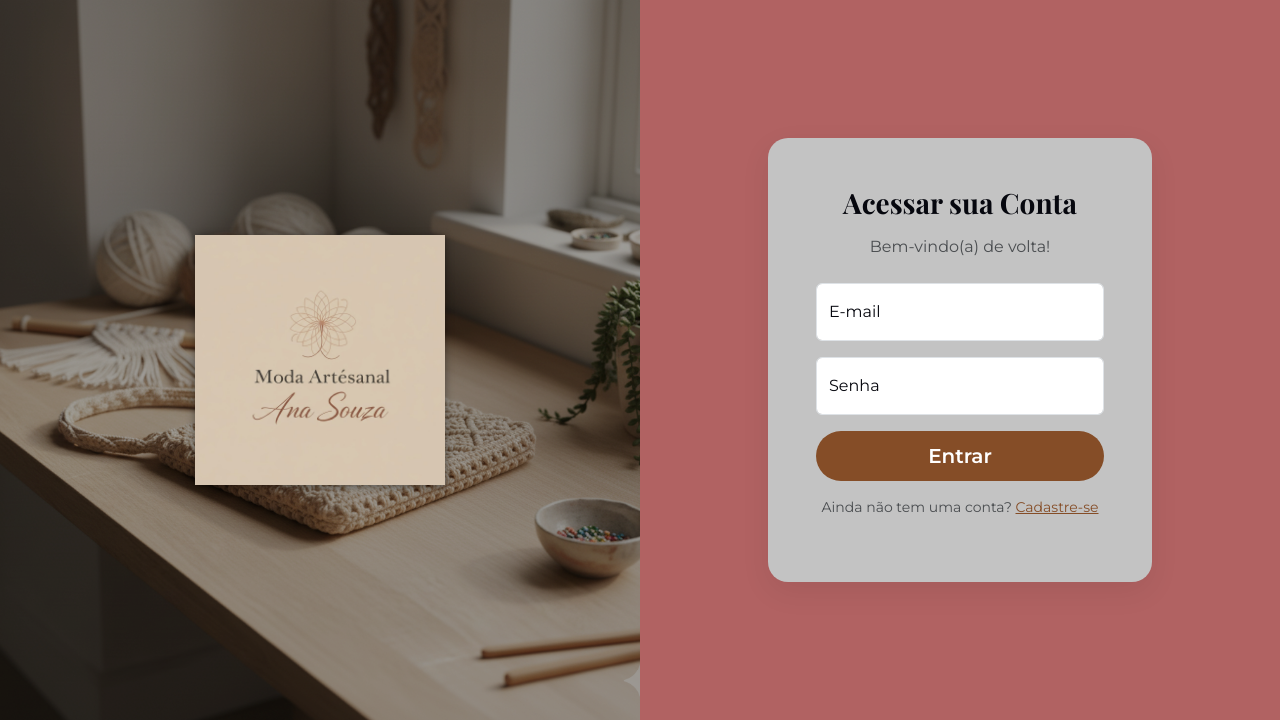
Repository: Lucascsg/projeto-anasouza-frontend
Page: login.html
The author's editor kept a copy of each file at every save. The page is drawn from the files as they stood at one save, then again after the next save.
The browser window is 1280 px wide. The pictures show the whole page.

Above is the page before, as saved 2025-10-21 23:36:36.

### login.html
<!DOCTYPE html>
<html lang="pt-br">
<head>
    <meta charset="UTF-8">
    <meta name="viewport" content="width=device-width, initial-scale=1.0">
    <title>Login - Ana Souza</title>
    <link href="https://cdn.jsdelivr.net/npm/bootstrap@5.3.2/dist/css/bootstrap.min.css" rel="stylesheet">
    <link rel="stylesheet" href="css/style.css">
    <link rel="stylesheet" href="https://cdn.jsdelivr.net/npm/bootstrap-icons@1.11.1/font/bootstrap-icons.css">
    <link rel="preconnect" href="https://fonts.googleapis.com">
    <link rel="preconnect" href="https://fonts.gstatic.com" crossorigin>
    <link href="https://fonts.googleapis.com/css2?family=Montserrat:wght@400;500;600&family=Playfair+Display:wght@700&family=Great+Vibes&display=swap" rel="stylesheet">

    <style>
        /* Estilo para garantir altura total e split screen */
        body, html { height: 100%; margin: 0; overflow: hidden; }
        .split-container { display: flex; min-height: 100vh; }
        .split-image {
            background: url('imagens/backlog4.png') no-repeat center center/cover; /* SUA IMAGEM DE FUNDO AQUI */
            flex: 1;
            position: relative;
            display: flex;
            align-items: center;
            justify-content: center;
            padding: 2rem; /* Adiciona um respiro */
        }
        .split-form {
            flex: 1;
            display: flex;
            align-items: center;
            justify-content: center;
            padding: 2rem;
            background-color: #B16262 ;
            overflow-y: auto;
        }

        /* Overlay sobre a imagem */
        .split-image::before {
            content: '';
            position: absolute;
            top: 0; left: 0;
            width: 100%; height: 100%;
            background: rgba(0, 0, 0, 0.35);
            z-index: 1;
        }

        /* --- ATUALIZADO: Estilo para a IMAGEM do logo --- */
        .image-logo {
            position: relative;
            z-index: 2;
            text-align: center;
            max-width: 250px; /* Limita a largura máxima do logo */
            width: 70%;       /* Faz o logo ocupar 70% do espaço disponível */
        }
        .image-logo img {
            /* Adiciona um leve filtro para o logo "flutuar" melhor sobre fundos variados */
            filter: drop-shadow(0px 2px 4px rgba(0,0,0,0.4));
        }

        /* Ajuste para telas menores */
        @media (max-width: 767px) {
            .split-container { flex-direction: column-reverse; }
            .split-image {
                min-height: 200px; /* Altura menor para o logo no mobile */
                flex: none;
                padding: 1rem; /* Menos respiro */
            }
            .image-logo { /* Logo na imagem é ajustado no mobile */
                max-width: 180px; /* Logo menor no mobile */
                width: 60%;
            }
            .split-form { padding: 1.5rem; }
            .form-logo { display: block !important; }
             /* Esconde o logo grande da imagem no mobile, mostra o pequeno do form */
             /* .image-logo { display: none !important; } */ /* Descomente se preferir esconder totalmente no mobile */
        }
        @media (min-width: 768px) {
            .form-logo { display: none; }
        }
    </style>
</head>
<body>

    <div class="split-container">
        <div class="split-image d-none d-md-flex">
            <div class="image-logo">
                <a href="index.html">
                    <img src="imagens/logo.png" alt="Logo Ana Souza" class="img-fluid">
                </a>
            </div>
        </div>

        <div class="split-form">
            <div class="col-lg-8 col-md-10 col-sm-12">
                <div class="form-container section-card">
                    <div class="text-center mb-4">
                        <a class="logo-text form-logo d-none d-md-none d-inline-block mb-3 text-decoration-none" href="index.html" style="font-size: 2.5rem; color: var(--cor-base-escura) !important;">
                            <div>Ana Souza</div>
                            <small class="logo-subtitle" style="font-size: 0.7rem; color: var(--cor-base-escura); opacity: 0.8;">MODA ARTESANAL</small>
                        </a>
                        <h1 class="h3 mb-3 fw-bold">Acessar sua Conta</h1>
                        <p class="text-muted">Bem-vindo(a) de volta!</p>
                    </div>
                    <form id="login-form">
                        <div class="form-floating mb-3">
                            <input type="email" class="form-control" id="email" placeholder="nome@exemplo.com" required>
                            <label for="email">E-mail</label>
                        </div>
                        <div class="form-floating mb-3">
                            <input type="password" class="form-control" id="senha" placeholder="Senha" required>
                            <label for="senha">Senha</label>
                        </div>
                        <div class="d-grid mb-3">
                            <button class="btn btn-custom-primary btn-lg" type="submit">Entrar</button>
                        </div>
                        <p class="text-center text-muted small">
                            Ainda não tem uma conta? <a href="cadastro.html" class="link-custom-secondary">Cadastre-se</a>
                        </p>
                    </form>
                </div>
            </div>
        </div>
    </div>

    <script src="https://cdn.jsdelivr.net/npm/bootstrap@5.3.2/dist/js/bootstrap.bundle.min.js"></script>
</body>
</html>

### css/style.css
/* =================================== */
/* VARIÁVEIS GLOBAIS E ESTILOS BASE    */
/* =================================== */
:root {
    /* Sua paleta de cores (mantive suas últimas alterações) */
    --cor-base-escura: #854D27;
    --cor-acao-vibrante: #854D27;
    --cor-detalhe-quente: #29524A;
    --cor-texto-escuro: #06070E;

    /* Cores Neutras e de Fundo */
    --cor-fundo-claro: #F8F5F2;
    --cor-texto-claro: #FFFFFF;
}

body {
    font-family: 'Montserrat', sans-serif;
    background-color: #B16262;
    color: var(--cor-texto-escuro);
}

/* Estilo para páginas com fundo branco específico */
body.bg-white-page {
    background-color: #FFFFFF;
}

h1, h2, h3, h4, h5, h6 {
    font-family: 'Playfair Display', serif;
    color: var(--cor-detalhe-quente);
}

/* =================================== */
/* ESTILOS DA BARRA DE NAVEGAÇÃO       */
/* =================================== */
.navbar-custom {
    background-color: var(--cor-base-escura);
}
/* ... (O resto dos estilos da navbar e do logo permanecem como você enviou) ... */
.navbar-brand.logo-text {
    display: flex;
    flex-direction: column;
    justify-content: center;
    padding: 0;
    position: relative;
    top: 2px;
}
.navbar-brand div {
    font-family: 'Great Vibes', cursive;
    font-size: 2.2rem;
    color: #FFD972 !important;
    line-height: 1;
    font-weight: normal;
}
.navbar-brand .logo-subtitle {
    font-family: 'Montserrat', sans-serif;
    font-size: 0.6rem;
    text-transform: uppercase;
    letter-spacing: 0.1em;
    display: block;
    opacity: 0.9;
    color: #FFD972;
    margin-top: -5px;
}
/* ... (outros estilos da navbar que você enviou) ... */
.navbar-custom .navbar-brand img {
    height: 40px;
}
.navbar-custom .nav-link {
    color: var(--cor-texto-claro);
    font-weight: 500;
    text-transform: uppercase;
    font-size: 0.9rem;
    padding: 0.5rem 1rem;
    transition: opacity 0.3s;
}
.navbar-custom .nav-link:hover {
    opacity: 0.8;
}
.navbar-icons a {
    color: var(--cor-texto-claro);
    font-size: 1.2rem;
    transition: opacity 0.3s;
}
.navbar-icons a:hover {
    opacity: 0.8;
}


/* =================================== */
/* ESTILOS DA SEÇÃO HERO (IMAGEM)      */
/* =================================== */
#hero {
    position: relative;
    height: 90vh;
    width: 100%;
    display: flex;
    align-items: center;
    justify-content: center;

    /* --- ATUALIZAÇÃO PARA IMAGEM DE FUNDO --- */
    background: url('../imagens/hero-background.jpg') no-repeat center center/cover;
}

#hero::after {
    content: '';
    position: absolute;
    top: 0;
    left: 0;
    width: 100%;
    height: 100%;
    background: rgba(0, 0, 0, 0.6);
    z-index: 1;
}

#hero .hero-content {
    position: relative;
    z-index: 2;
}

#hero .hero-content h1 {
    font-weight: 700;
    color: var(--cor-texto-claro);
}

#hero .hero-content .btn {
    border-radius: 50px;
    padding: 12px 30px;
    font-weight: 600;
}


/* ... (O resto do seu CSS continua exatamente como você enviou) ... */

/* =================================== */
/* ESTILOS GERAIS DAS SEÇÕES           */
/* =================================== */
section h2 {
    color: var(--cor-detalhe-quente);
    margin-bottom: 1rem;
}

/* =================================== */
/* ESTILOS DA SEÇÃO DE PRODUTOS        */
/* =================================== */
.product-card {
    border: none;
    border-radius: 15px;
    box-shadow: 0 4px 15px rgba(0, 0, 0, 0.08);
    transition: all 0.3s ease-in-out;
}
.product-card:hover {
    transform: translateY(-8px);
    box-shadow: 0 8px 25px rgba(0, 0, 0, 0.12);
}
.product-card .card-title {
    color: var(--cor-texto-escuro);
    font-weight: 600;
}
.product-card .btn {
    border-radius: 50px;
    padding: 8px 25px;
    font-weight: 500;
    border-color: var(--cor-base-escura);
    color: var(--cor-base-escura);
}
.product-card .btn:hover {
    background-color: var(--cor-base-escura);
    color: white;
}

/* =================================== */
/* ESTILOS DA SEÇÃO DE BLOG            */
/* =================================== */
.btn-custom-primary {
    background-color: var(--cor-acao-vibrante);
    color: white;
    border: none;
    border-radius: 50px;
    padding: 10px 30px;
    font-weight: 600;
    transition: all 0.3s;
}
.btn-custom-primary:hover {
    background-color: var(--cor-acao-vibrante);
    color: white;
    opacity: 0.9;
    transform: translateY(-2px);
}
#blog img {
    border-radius: 15px;
}

/* =================================== */
/* ESTILOS DO RODAPÉ (FOOTER)          */
/* =================================== */
.footer-custom {
    background-color: var(--cor-base-escura);
}
.footer-custom a {
    text-decoration: none;
    transition: opacity 0.3s;
}
.footer-custom a:hover {
    opacity: 0.8;
}

/* =================================== */
/* ESTILO DE SEÇÃO EM FORMATO DE CARD  */
/* =================================== */

.section-card {
    background-color: #c3c3c3; /* Fundo branco para o card */
    padding: 3rem 2rem;        /* Espaçamento interno generoso */
    border-radius: 20px;       /* As pontas curvadas que você pediu */
    box-shadow: 0 10px 30px rgba(0, 0, 0, 0.07); /* Sombra sutil para "flutuar" */
}

/* =================================== */
/* Estilos da Página de Produto        */
/* =================================== */

.product-price {
    color: var(--cor-detalhe-quente); /* Usando o verde/marrom dos títulos */
    font-weight: 600;
}

/* =================================== */
/* Estilos da Personalização de Cor    */
/* =================================== */

.seletor-cor {
    width: 32px;
    height: 32px;
    border-radius: 50%; /* Deixa o elemento redondo */
    border: 2px solid #eee;
    cursor: pointer;
    margin-right: 10px;
    margin-bottom: 10px;
    transition: transform 0.2s ease-in-out;
    background-size: cover;
    background-position: center;
}

.seletor-cor:hover {
    transform: scale(1.1); /* Efeito de zoom no hover */
}

/* Estilo para o seletor de cor que está ativo/selecionado */
.seletor-cor.active {
    border-color: var(--cor-base-escura); /* Usa a cor da navbar para destacar */
    box-shadow: 0 0 8px rgba(0, 0, 0, 0.3);
}

/* ============================================= */
/* REFINAMENTO DA PÁGINA DE POST (LEIA MAIS)     */
/* ============================================= */

/* 1. Controlando o tamanho da imagem de destaque */
#post-imagem {
    max-height: 450px; /* Define uma altura máxima para a imagem */
    width: 100%;
    object-fit: cover;   /* Garante que a imagem cubra o espaço sem distorcer */
    border-radius: 15px; /* Bordas mais suaves, combinando com o resto do site */
}

/* 2. Ajustando o Título e a Data */
#post-titulo {
    margin-top: 2.5rem; /* Adiciona mais espaço acima do título */
}

#post-data {
    font-size: 0.8rem;
    text-transform: uppercase;
    letter-spacing: 0.05em; /* Espaçamento entre as letras para um look mais "design" */
}

/* 3. Melhorando a legibilidade do texto do artigo */
#post-conteudo p {
    font-size: 1.1rem;      /* Aumenta um pouco o tamanho da fonte para leitura */
    line-height: 1.8;       /* Aumenta o espaçamento entre as linhas, essencial para textos longos */
    color: #343a40;         /* Um cinza mais escuro para melhor contraste e conforto visual */
}

/* Estilo para os cards de resumo na página de agradecimento */
.summary-item-card {
    background-color: #c3c3c3 !important; /* O cinza que você usou nos section-cards */
    border: none;
    color: var(--cor-texto-escuro); /* Garante que o texto dentro seja escuro */
}

/* =================================== */
/* Estilos para Formulários de Login/Cadastro */
/* =================================== */
.form-container {
    padding: 2rem;
}

@media (min-width: 768px) {
    .form-container {
        padding: 3rem;
    }
}

/* Links personalizados para autenticação */
.link-custom-secondary {
    color: var(--cor-base-escura); /* Usa sua cor base escura */
    text-decoration: underline;
}
.link-custom-secondary:hover {
    color: var(--cor-principal-hover); /* Muda para o hover da cor principal */
    text-decoration: none;
}

After the next save:
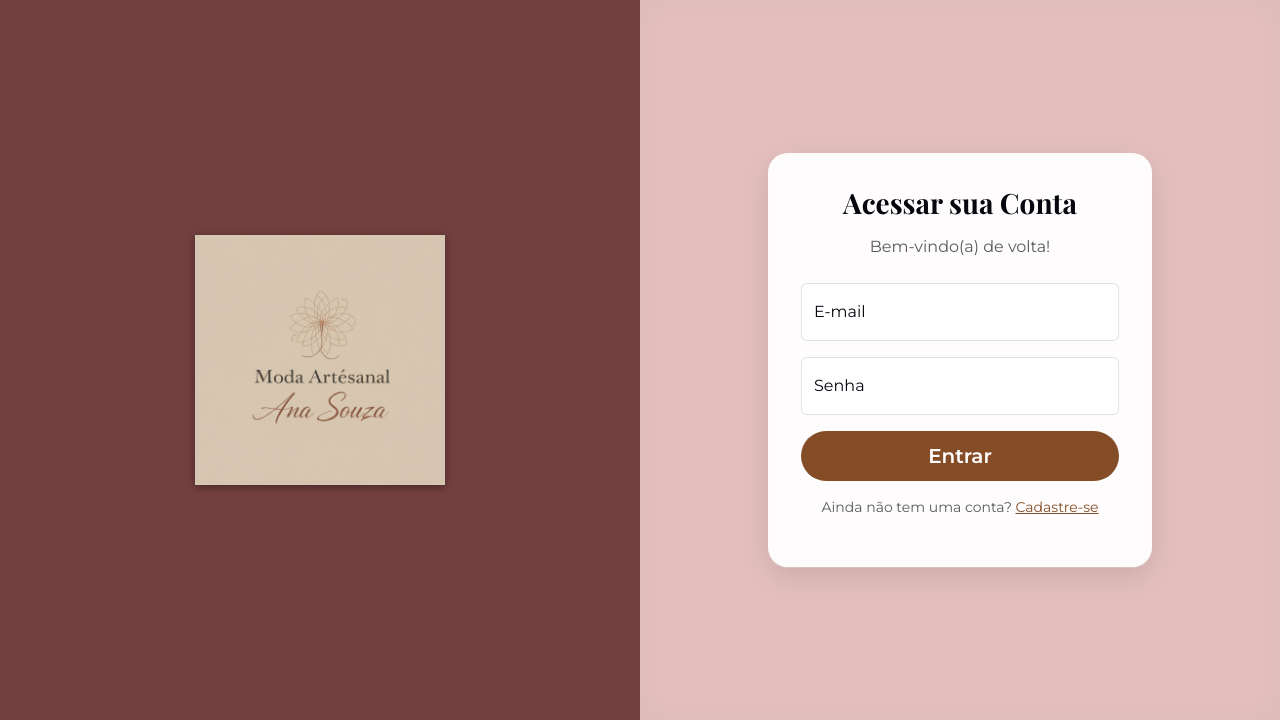
Not found: imagens/auth-background.jpg
Saved 2 min 50 s later.
--- a/login.html
+++ b/login.html
@@ -13,70 +13,91 @@
 
     <style>
         /* Estilo para garantir altura total e split screen */
-        body, html { height: 100%; margin: 0; overflow: hidden; }
-        .split-container { display: flex; min-height: 100vh; }
-        .split-image {
-            background: url('imagens/backlog4.png') no-repeat center center/cover; /* SUA IMAGEM DE FUNDO AQUI */
-            flex: 1;
-            position: relative;
-            display: flex;
-            align-items: center;
-            justify-content: center;
-            padding: 2rem; /* Adiciona um respiro */
-        }
-        .split-form {
-            flex: 1;
-            display: flex;
-            align-items: center;
-            justify-content: center;
-            padding: 2rem;
-            background-color: #B16262 ;
-            overflow-y: auto;
-        }
+body, html { height: 100%; margin: 0; overflow: hidden; }
+.split-container { display: flex; min-height: 100vh; }
 
-        /* Overlay sobre a imagem */
-        .split-image::before {
-            content: '';
-            position: absolute;
-            top: 0; left: 0;
-            width: 100%; height: 100%;
-            background: rgba(0, 0, 0, 0.35);
-            z-index: 1;
-        }
+.split-image, .split-form {
+    flex: 1;
+    background: url('imagens/auth-background.jpg') no-repeat center center/cover; /* SUA IMAGEM AQUI - USADA EM AMBOS */
+    position: relative;
+    display: flex;
+    align-items: center;
+    justify-content: center;
+    padding: 2rem;
+}
 
-        /* --- ATUALIZADO: Estilo para a IMAGEM do logo --- */
-        .image-logo {
-            position: relative;
-            z-index: 2;
-            text-align: center;
-            max-width: 250px; /* Limita a largura máxima do logo */
-            width: 70%;       /* Faz o logo ocupar 70% do espaço disponível */
-        }
-        .image-logo img {
-            /* Adiciona um leve filtro para o logo "flutuar" melhor sobre fundos variados */
-            filter: drop-shadow(0px 2px 4px rgba(0,0,0,0.4));
-        }
+.split-form {
+    /* Aplica o desfoque e clareamento no fundo da seção do form */
+    backdrop-filter: blur(15px) brightness(1.1);
+    -webkit-backdrop-filter: blur(15px) brightness(1.1); /* Para compatibilidade */
+    background-color: rgba(248, 245, 242, 0.6); /* --cor-fundo-claro com transparência */
+    overflow-y: auto;
+}
 
-        /* Ajuste para telas menores */
-        @media (max-width: 767px) {
-            .split-container { flex-direction: column-reverse; }
-            .split-image {
-                min-height: 200px; /* Altura menor para o logo no mobile */
-                flex: none;
-                padding: 1rem; /* Menos respiro */
-            }
-            .image-logo { /* Logo na imagem é ajustado no mobile */
-                max-width: 180px; /* Logo menor no mobile */
-                width: 60%;
-            }
-            .split-form { padding: 1.5rem; }
-            .form-logo { display: block !important; }
-             /* Esconde o logo grande da imagem no mobile, mostra o pequeno do form */
-             /* .image-logo { display: none !important; } */ /* Descomente se preferir esconder totalmente no mobile */
-        }
-        @media (min-width: 768px) {
-            .form-logo { display: none; }
-        }
+/* Overlay escuro SÓ na imagem principal (esquerda) */
+.split-image::before {
+    content: '';
+    position: absolute;
+    top: 0; left: 0;
+    width: 100%; height: 100%;
+    background: rgba(0, 0, 0, 0.35);
+    z-index: 1;
+}
+
+/* Logo na imagem */
+.image-logo {
+    position: relative;
+    z-index: 2;
+    text-align: center;
+    max-width: 250px;
+    width: 70%;
+}
+.image-logo img {
+    filter: drop-shadow(0px 2px 4px rgba(0,0,0,0.4));
+}
+
+/* O Card do formulário agora flutua sobre o fundo desfocado */
+.form-container.section-card {
+    background-color: rgba(255, 255, 255, 0.9); /* Card branco semi-transparente */
+    backdrop-filter: blur(5px); /* Um leve desfoque no próprio card */
+    -webkit-backdrop-filter: blur(5px);
+    border: 1px solid rgba(255, 255, 255, 0.2); /* Borda sutil */
+    /* Mantém as outras propriedades do section-card */
+     padding: 2rem;
+     border-radius: 20px;
+     box-shadow: 0 10px 30px rgba(0, 0, 0, 0.1);
+}
+
+
+/* Ajustes Mobile */
+@media (max-width: 767px) {
+    .split-container { flex-direction: column-reverse; }
+    .split-image, .split-form {
+        flex: none; /* Remove flex: 1 */
+        backdrop-filter: none; /* Remove desfoque no mobile (pode pesar) */
+        -webkit-backdrop-filter: none;
+        background-color: var(--cor-fundo-claro); /* Fundo sólido no mobile */
+    }
+    .split-image {
+        min-height: 200px;
+        padding: 1rem;
+        background: url('imagens/auth-background.jpg') no-repeat center center/cover; /* Garante imagem */
+    }
+    .split-image::before { display: none; } /* Remove overlay no mobile */
+    .image-logo { display: none; } /* Esconde logo da imagem */
+
+    .split-form { padding: 1.5rem; }
+    .form-logo { display: block !important; }
+    .form-container.section-card { /* Card volta a ser cinza sólido no mobile */
+        background-color: #c3c3c3;
+        backdrop-filter: none;
+        -webkit-backdrop-filter: none;
+        border: none;
+    }
+}
+@media (min-width: 768px) {
+    .form-logo { display: none; }
+}
     </style>
 </head>
 <body>

After the save that followed:
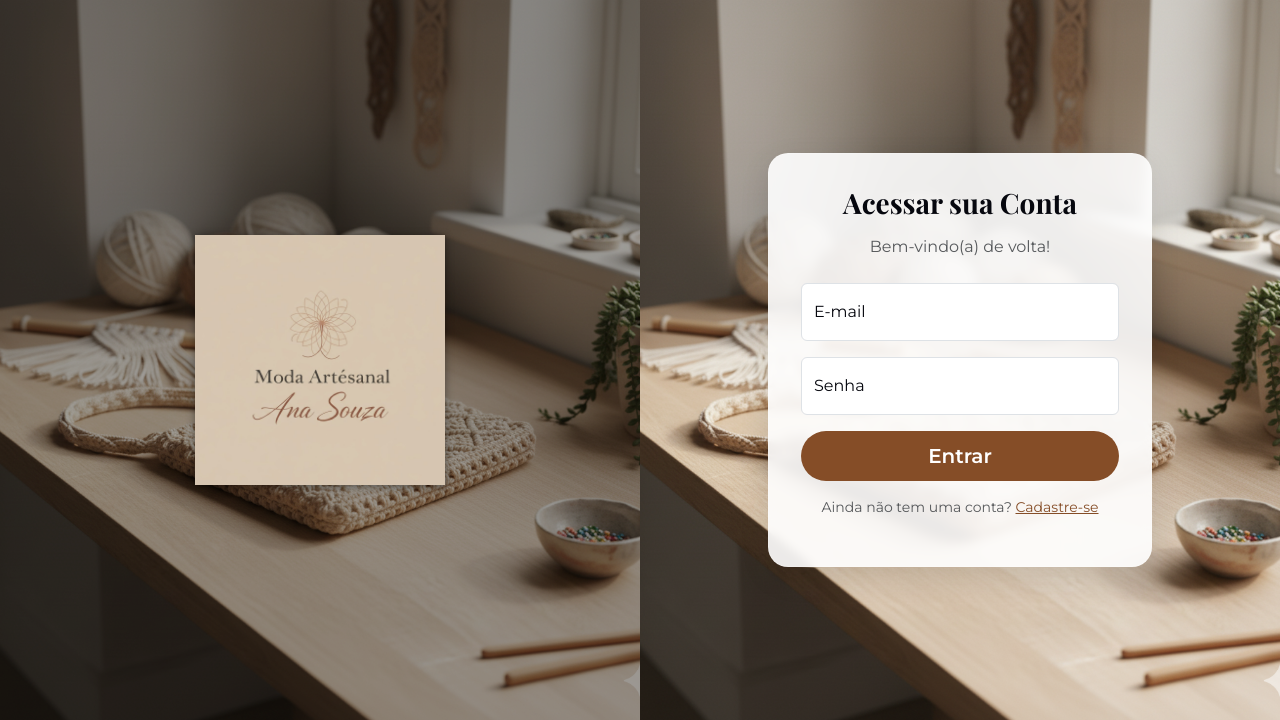
Saved 21 s later.
--- a/login.html
+++ b/login.html
@@ -18,7 +18,7 @@
 
 .split-image, .split-form {
     flex: 1;
-    background: url('imagens/auth-background.jpg') no-repeat center center/cover; /* SUA IMAGEM AQUI - USADA EM AMBOS */
+    background: url('imagens/backlog4.png') no-repeat center center/cover; /* SUA IMAGEM AQUI - USADA EM AMBOS */
     position: relative;
     display: flex;
     align-items: center;
